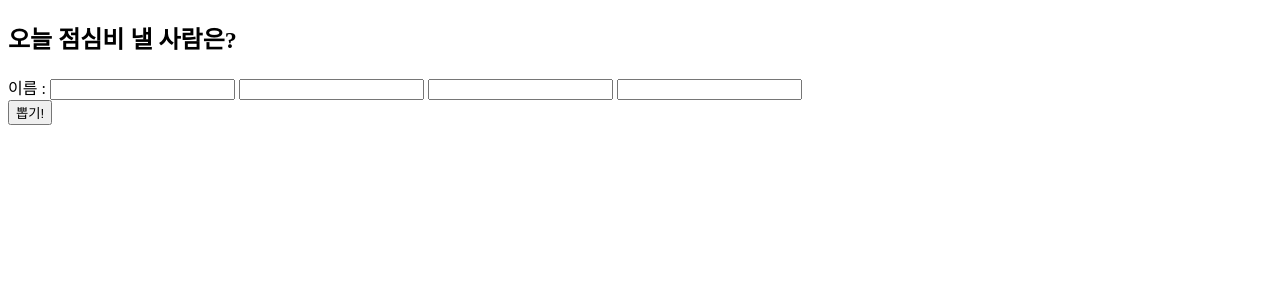
Repository: parvenuHJ/JSP_Servlet_
Page: Servlet/src/main/webapp/Ex07Select.html
An editor plug-in stored every save of this project. The page is shown before and after the next save, followed by the edit.
The browser window is 1280 px wide. The pictures show the whole page.

Above is the page before, as saved 2023-08-16 06:29:47.

After the next save:
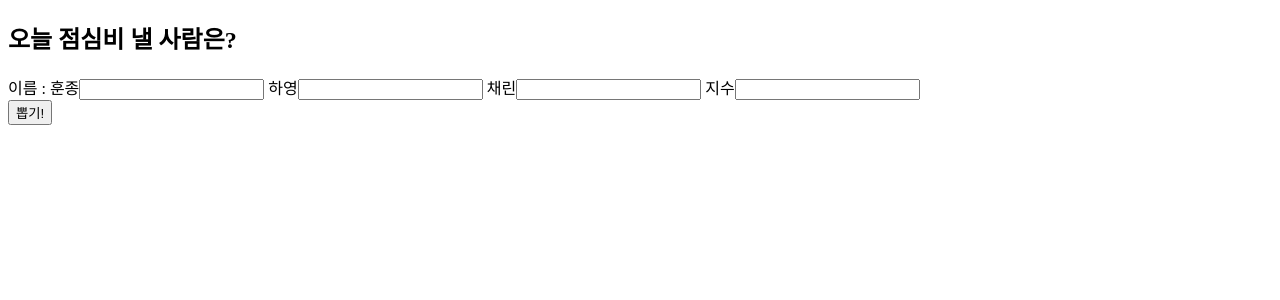
Saved 86 s later.
--- a/Servlet/src/main/webapp/Ex07Select.html
+++ b/Servlet/src/main/webapp/Ex07Select.html
@@ -8,10 +8,11 @@
 
 	<form action="Ex07Select" method="post">
 		<h2>오늘 점심비 낼 사람은?</h2>
-		이름 : <input type="text" name="name">
-		<input type="text" name="name">
-		<input type="text" name="name">
-		<input type="text" name="name">
+		이름 :
+		훈종<input type="text" name="훈종" >
+		하영<input type="text" name="하영">
+		채린<input type="text" name="채린">
+		지수<input type="text" name="지수">
 		<br>
 		<input type="submit" value="뽑기!">
 

After the save that followed:
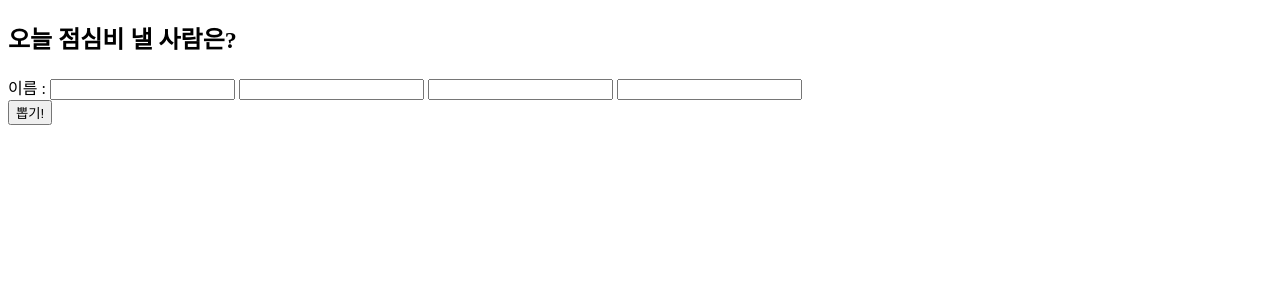
Saved 8 min 35 s later.
--- a/Servlet/src/main/webapp/Ex07Select.html
+++ b/Servlet/src/main/webapp/Ex07Select.html
@@ -9,10 +9,10 @@
 	<form action="Ex07Select" method="post">
 		<h2>오늘 점심비 낼 사람은?</h2>
 		이름 :
-		훈종<input type="text" name="훈종" >
-		하영<input type="text" name="하영">
-		채린<input type="text" name="채린">
-		지수<input type="text" name="지수">
+		<input type="text" name="훈종" >
+		<input type="text" name="하영">
+		<input type="text" name="채린">
+		<input type="text" name="지수">
 		<br>
 		<input type="submit" value="뽑기!">
 
